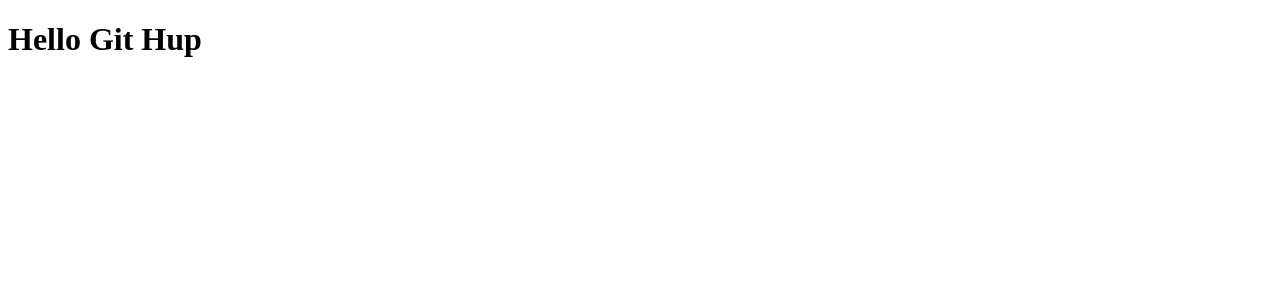
Repository: ChhaikoungChrea/testGitHubTeamWork
Page: index.html
These files come from the project's save history. The page is drawn as it stood at one moment and after the next save; the edit follows.
The browser window is 1280 px wide. The pictures show the whole page.

Above is the page before, as saved 2026-11-06 14:26:25.

### index.html
<!DOCTYPE html>
<html lang="en">
<head>
    <meta charset="UTF-8">
    <meta name="viewport" content="width=device-width, initial-scale=1.0">
    <title>Web page title</title>
</head>
<body>
    <h1>Hello Git Hup</h1>
    <h1></h1>
</body>
</html>

After the next save:
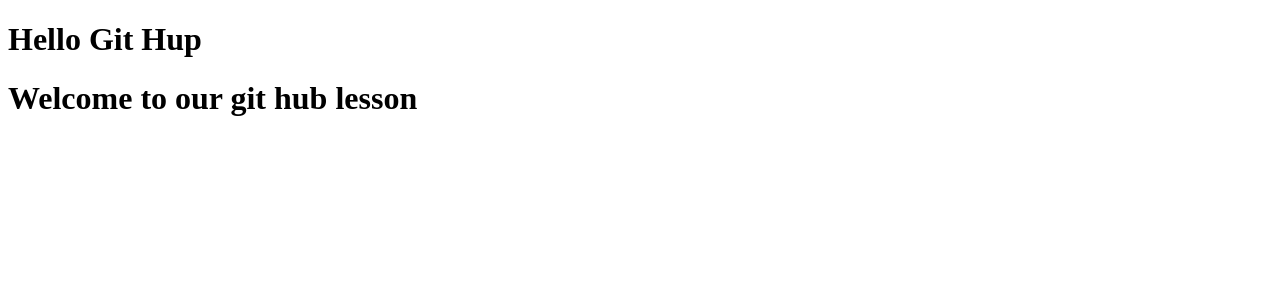
Saved 13 s later.
--- a/index.html
+++ b/index.html
@@ -7,6 +7,6 @@
 </head>
 <body>
     <h1>Hello Git Hup</h1>
-    <h1></h1>
+    <h1>Welcome to our git hub lesson</h1>
 </body>
 </html>
